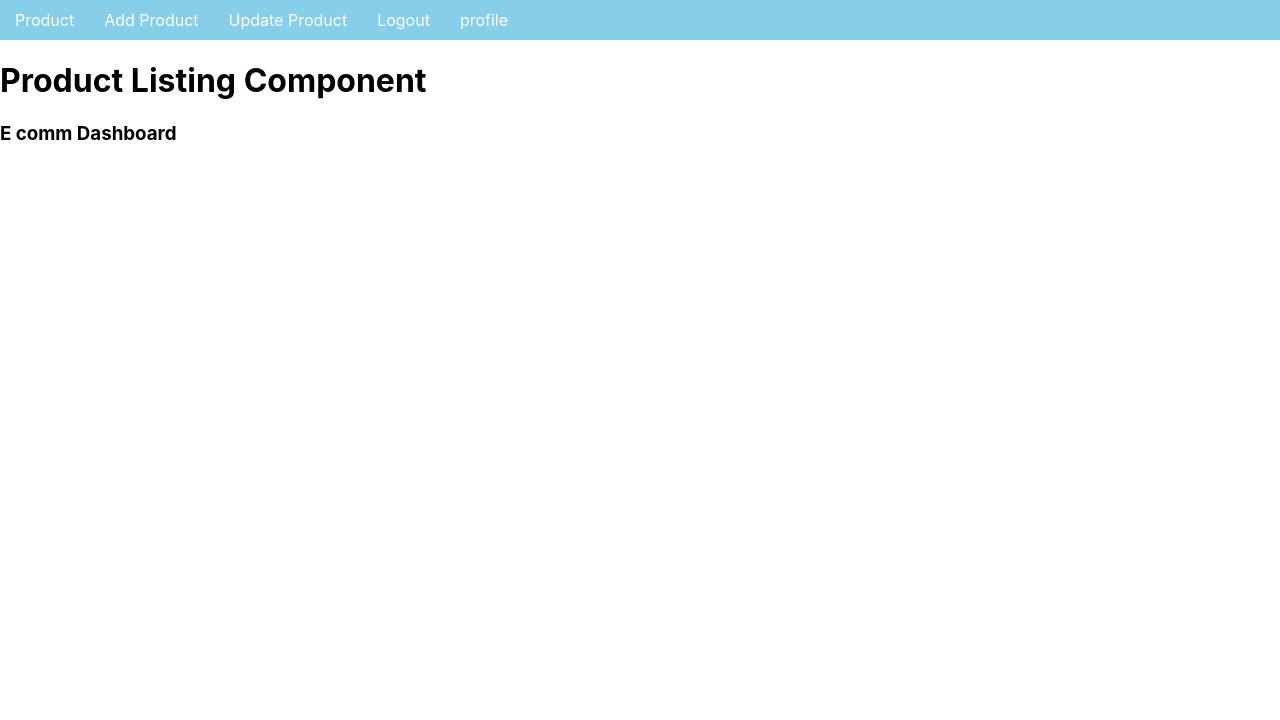
Repository: ShahbazGurmani/react-code-e-dashboard
Page: /
An editor plug-in stored every save of this project. The page is shown before and after the next save, followed by the edit.
The browser window is 1280 px wide. The pictures show the whole page.
The project was rebuilt for these pictures with package versions that can differ from the ones it lists, and the page was loaded fresh each time.

Above is the page before, as saved 2023-08-23 21:56:57.

### src/App.js

import './App.css';
import Nav from './Nav';

import { BrowserRouter, Route, Routes } from 'react-router-dom';
import Footer from './components/Footer';

function App() {
  return (
    <div className="App">
      <BrowserRouter>
        <Nav/>
        <Routes>
          <Route path='/' element={<h1>Product Listing Component</h1>}/>
          <Route path='/add' element={<h1>Add Product Component</h1>}/>
          <Route path='/update' element={<h1>Products Update Component</h1>}/>
          <Route path='/logout' element={<h1>Logout Component</h1>}/>
          <Route path='/profile' element={<h1>profile Component</h1>}/>
        </Routes>

        </BrowserRouter>
        <Footer/>
    </div>
  );
}

export default App;

### src/App.css
.nav-ul{
  padding: 0px;
    margin: 0;
    background-color: skyblue;
}

.nav-ul li{
  display: inline-block;
  padding: 10px;

}

.nav-ul li a{
  color: white;
    padding: 5px;
    text-decoration: none;
}
.footer{
  background-color: skyblue;
    position: absolute;
    bottom: 0;
    text-align: center;
    width: 100%;
}


@media (prefers-reduced-motion: no-preference) {
  .App-logo {
    animation: App-logo-spin infinite 20s linear;
  }
}

.App-header {
  background-color: #282c34;
  min-height: 100vh;
  display: flex;
  flex-direction: column;
  align-items: center;
  justify-content: center;
  font-size: calc(10px + 2vmin);
  color: white;
}

.App-link {
  color: #61dafb;
}

@keyframes App-logo-spin {
  from {
    transform: rotate(0deg);
  }
  to {
    transform: rotate(360deg);
  }
}

### src/Nav.js
import React from "react";
import { Link } from "react-router-dom";

const Nav = ()=>{
    return(
        <div>
            <ul className="nav-ul">
               <li><Link to="/">Product</Link></li>
               <li><Link to="/add">Add Product</Link></li>
               <li><Link to="/update">Update Product</Link></li>
               <li><Link to="/logout">Logout</Link></li>
               <li><Link to="/profile">profile</Link></li>
            </ul>
        </div>
    )

}

export default Nav;

### src/components/Footer.js
import React from "react";

const Footer =()=>
{

    return(
        <div>
            <h3>E comm Dashboard </h3>
        </div>
    )
}

export default Footer;

Loaded but not shown: public/index.html (common file); src/index.js (common file); src/index.css (common file); src/reportWebVitals.js (common file)

After the next save:
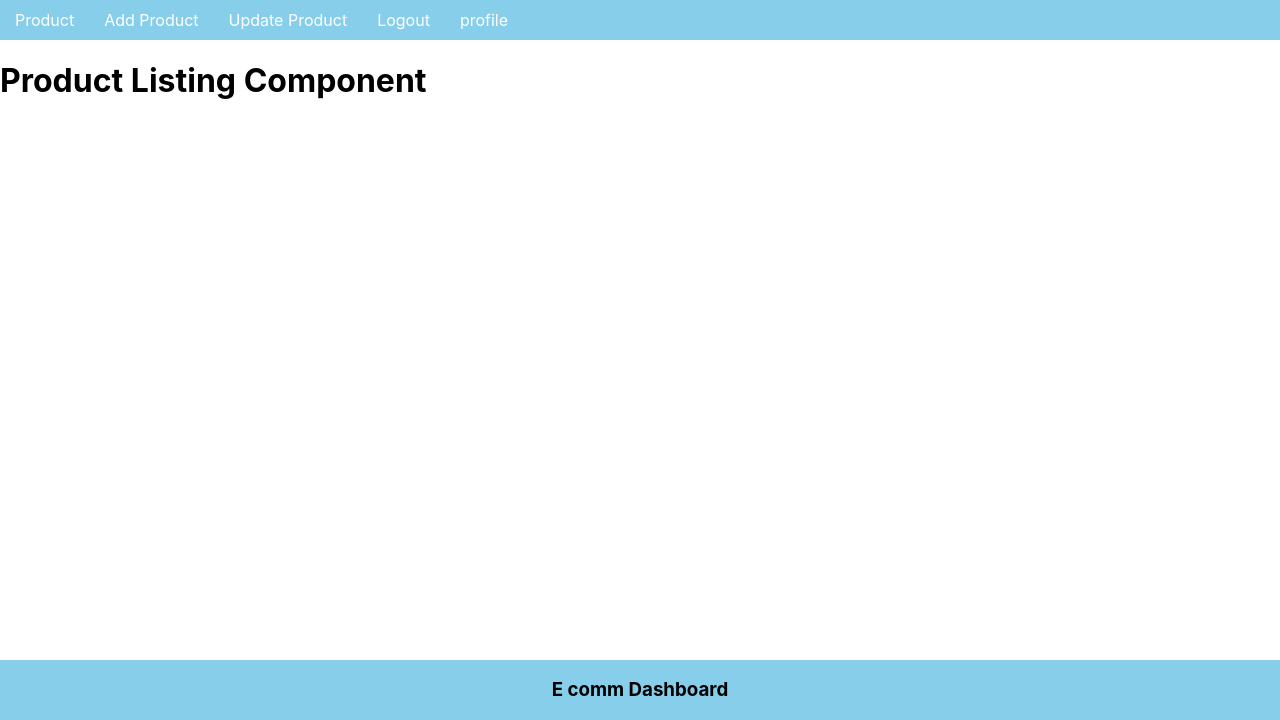
Saved 32 s later.
--- a/src/components/Footer.js
+++ b/src/components/Footer.js
@@ -4,7 +4,7 @@ const Footer =()=>
 {
 
     return(
-        <div>
+        <div className="footer">
             <h3>E comm Dashboard </h3>
         </div>
     )
